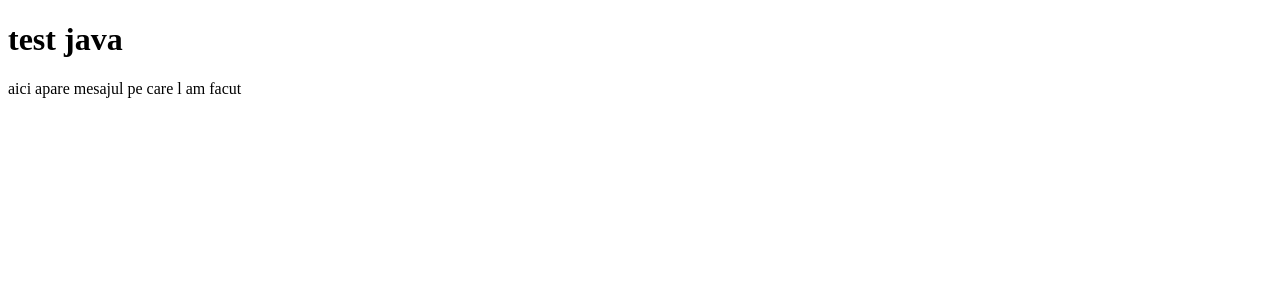
Repository: Parnicoza/testecomplete
Page: testcompletJS-1.html
The author's editor kept a copy of each file at every save. The page is drawn from the files as they stood at one save, then again after the next save.
The browser window is 1280 px wide. The pictures show the whole page.

Above is the page before, as saved 2025-03-07 12:13:33.
Console error: ReferenceError: getElementById is not defined

After the next save:
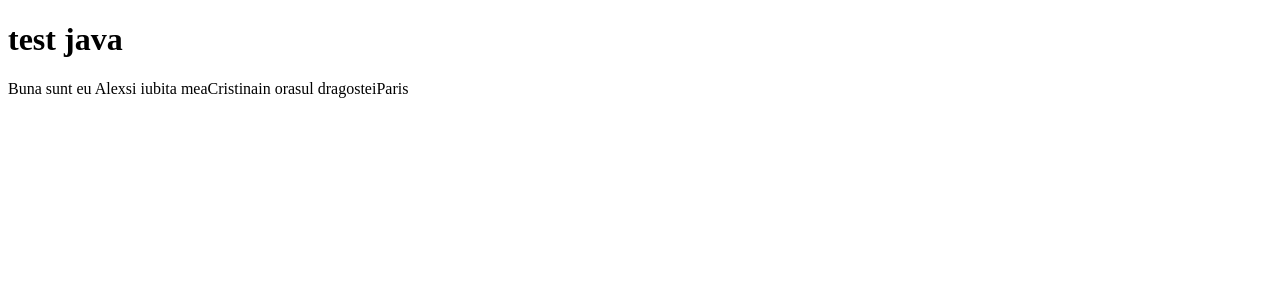
The error is gone.
Saved 71 s later.
--- a/java.js
+++ b/java.js
@@ -2,4 +2,4 @@ let nume = "Alex";
 let iubi = "Cristina";
 let oras = "Paris";
 let mesaj = " Buna sunt eu " + nume + "si iubita mea" + iubi + "in orasul dragostei" + oras;
-getElementById("p").innerHTML = mesaj;
+document.getElementById("p").innerHTML = mesaj;
